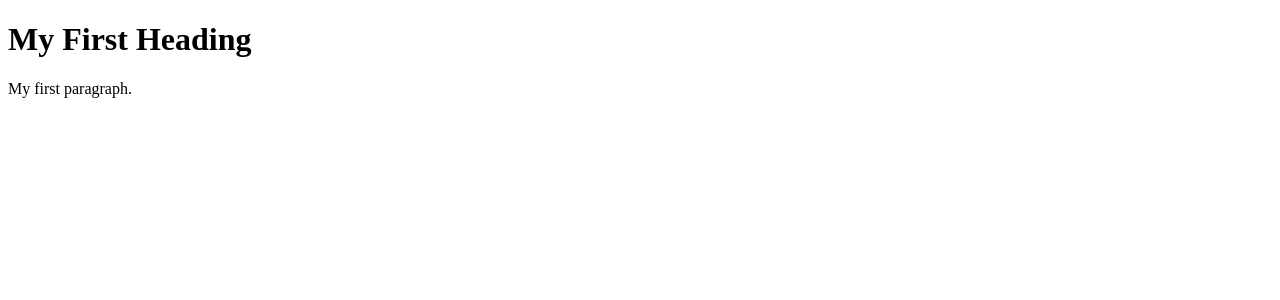
Repository: brody-toth/brody-toth.github.io
Page: index.html
The author's editor kept a record of every edit. The page is drawn from the files as they stood at one moment, then again after the next edit.
The browser window is 1280 px wide. The pictures show the whole page.

Above is the page before.

### index.html
<!DOCTYPE html>

<html>

    <head>
        <title>Page Title</title>
    </head>

    <body>
        <h1>My First Heading</h1>
        <p>My first paragraph.</p>
    </body>
</html>

After the next edit:
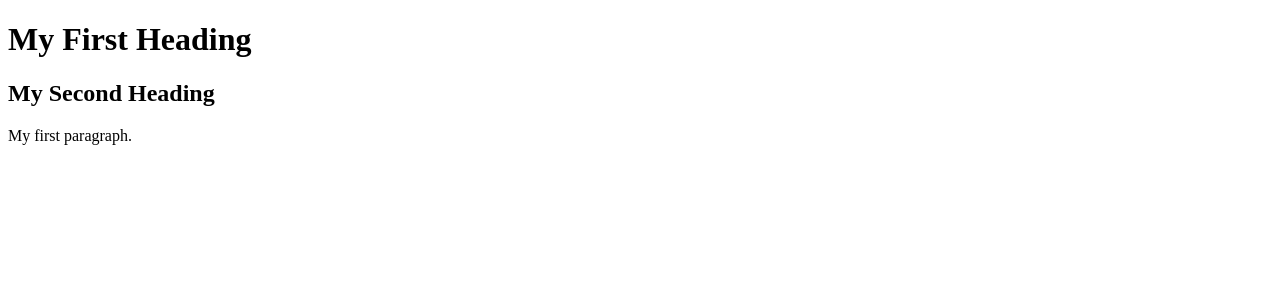
The edit:
--- a/index.html
+++ b/index.html
@@ -8,6 +8,8 @@
 
     <body>
         <h1>My First Heading</h1>
+        <h2>My Second Heading</h2>
         <p>My first paragraph.</p>
     </body>
+
 </html>
